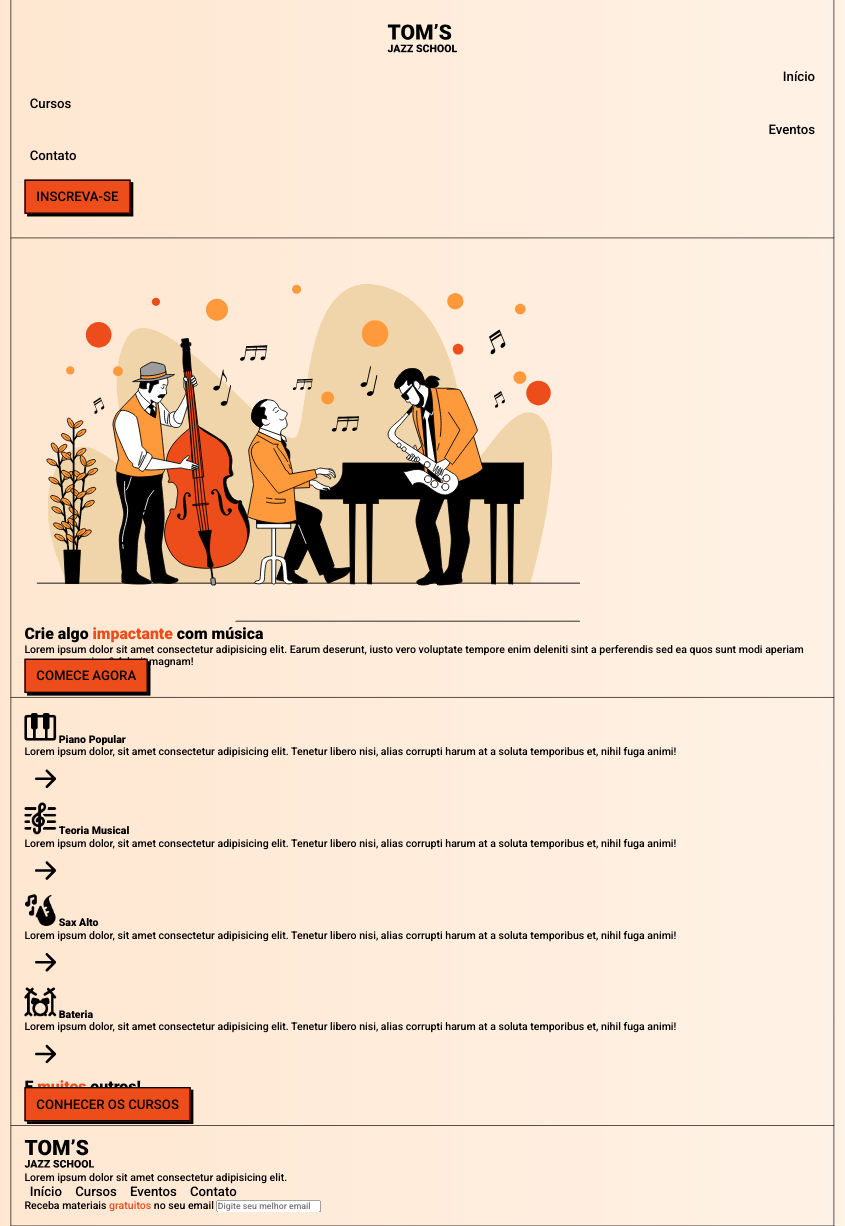
Repository: tenoriodasilva31/OBC-Music-School
Page: index.html
The author's editor kept a copy of each file at every save. The page is drawn from the files as they stood at one save, then again after the next save.
The browser window is 1280 px wide. The pictures show the whole page, at 66% of full size.

Above is the page before, as saved 2023-07-05 17:23:19.

### index.html
<!DOCTYPE html>
<html lang="pt-BR">
<head>
    <meta charset="UTF-8">
    <meta name="viewport" content="width=device-width, initial-scale=1.0">
    <title>Tom's Jazz School</title>

    <link rel="preconnect" href="https://fonts.googleapis.com">
    <link rel="preconnect" href="https://fonts.gstatic.com" crossorigin>

    <link rel="stylesheet" href="index.css">

    <link href="https://fonts.googleapis.com/css2?family=Roboto:wght@500;900&display=swap" rel="stylesheet">
</head>
<body>
    <header>
        <img src="./img/logo.svg" alt="Tom's School">
        <nav class="mt-1 nx-auto">
            <a href="#">Início</a>
            <a href="#">Cursos</a>
            <a href="#">Eventos</a>
            <a href="#">Contato</a>
        </nav>
        <button href="#" class="button mt-1 mb-1 nx-auto">Inscreva-se</button>
    </header>
    <main>
        <section class="hero-section">
            <img src="/img/hero-img.svg" alt="Banda de jazz se apresentando">
            <div>
                <h1>Crie algo <span class="text-primary">impactante</span> com música</h1>
                <p>Lorem ipsum dolor sit amet consectetur adipisicing elit. Earum deserunt, iusto vero voluptate tempore enim deleniti sint a perferendis sed ea quos sunt modi aperiam numquam veniam? Ad, sit magnam!</p>
                <a href="#" class="button mt-1 mb-1 nx-auto">Comece agora</a>
            </div>
        </section>
        <section class="courses-section">
            <div class="cards">
            <article>

                <img src="/img/piano.png" alt="icone de teclas de piano">
                <strong>Piano Popular</strong>
                <p>Lorem ipsum dolor, sit amet consectetur adipisicing elit. Tenetur libero nisi, alias corrupti harum at a soluta temporibus et, nihil fuga animi!</p>
                <a href="#">
                    <img src="/img/arrow-right.svg" alt="Ir para página do curso">
                </a>
            </article>
            <article>
                <img src="/img/clef.png" alt="icone clave">
                <strong>Teoria Musical</strong>
                <p>Lorem ipsum dolor, sit amet consectetur adipisicing elit. Tenetur libero nisi, alias corrupti harum at a soluta temporibus et, nihil fuga animi!</p>
                <a href="#">
                    <img src="/img/arrow-right.svg" alt="Ir para página do curso">
                </a>
            </article>
            <article>
                <img src="/img/sax.png" alt="icone de teclas de piano">
                <strong>Sax Alto</strong>
                <p>Lorem ipsum dolor, sit amet consectetur adipisicing elit. Tenetur libero nisi, alias corrupti harum at a soluta temporibus et, nihil fuga animi!</p>
                <a href="#">
                    <img src="/img/arrow-right.svg" alt="Ir para página do curso">
                </a>
            </article>
            <article>
                <img src="/img/drums.png" alt="icone de teclas de piano">
                <strong>Bateria</strong>
                <p>Lorem ipsum dolor, sit amet consectetur adipisicing elit. Tenetur libero nisi, alias corrupti harum at a soluta temporibus et, nihil fuga animi!</p>
                <a href="#">
                    <img src="/img/arrow-right.svg" alt="Ir para página do curso">
                </a>
            </article>
            </div>
            <h2>E <span class="text-primary">muitos</span> outros!</h2>
            <a href="#" class="button">Conhecer os cursos</a>
        </section>
    </main>

    <footer>
        <div>
            <img src="/img/logo.svg" alt="Tom's School">
            <p>Lorem ipsum dolor sit amet consectetur adipisicing elit. </p>
        </div>
        <nav>
            <a href="#">Início</a>
            <a href="#">Cursos</a>
            <a href="#">Eventos</a>
            <a href="#">Contato</a>
        </nav>
        <form>
            <label for="email">Receba materiais <span class="text-primary">gratuitos</span> no seu email</label>
            <input type="text" name="email" id="email" placeholder="Digite seu melhor email">
        </form>
    </footer>
</body>
</html>

### index.css
* {
    box-sizing: border-box;
    font-family: 'Roboto', sans-serif;
    margin: 0;
    padding: 0;
}

:root {
    --color-primary: #ED4D1B;
    --color-secondary: #FF9a3c;
    --color-black: #000;
    --color-white: #FFF;
}

body {
    background: linear-gradient(90deg, #ffe7d1 0%, #FFF2e6 100%);
    padding: 0 1rem;
}

header,.hero-section, .courses-section, footer {
    border-color: var(--color-black);
    border-style: solid;
    border-width: 0 1px 1px 1px;
    padding: 1.25rem;
}

header img {
    display: block;
    margin: 1rem auto;
}

header nav {
    display: grid;
    grid-template-columns: 1fr, 1fr;
}

nav a {
    color: var(--color-black);
    font-size: 1.25rem;
    padding: .5rem;
    text-decoration: none;
}

header nav a:nth-child(2n-1) {
    text-align: right;
}

.button {
    background-color: var(--color-primary);
    border: 2px solid var(--color-black);
    box-shadow: 4px 4px 0 var(--color-black);
    color: var(--color-black);
    display: black;
    font-size: 1.25rem;
    padding: .75rem 1rem;
    max-width: 14rem;
    text-align: center;
    text-decoration: none;
    text-transform: uppercase;
}

.mt-1 {
    margin-top: 1rem;
}

.mt-2 {
    margin-top: 2rem;
}

.mb-1 {
    margin-bottom: 1rem;
}

.mb-2 {
    margin-bottom: 2rem;
}

.mx-auto {
    margin-left: auto;
    margin-right: auto;
}

.text-primary {
    color: var(--color-primary);
}

.text-center {
    text-align: center;
}

After the next save:
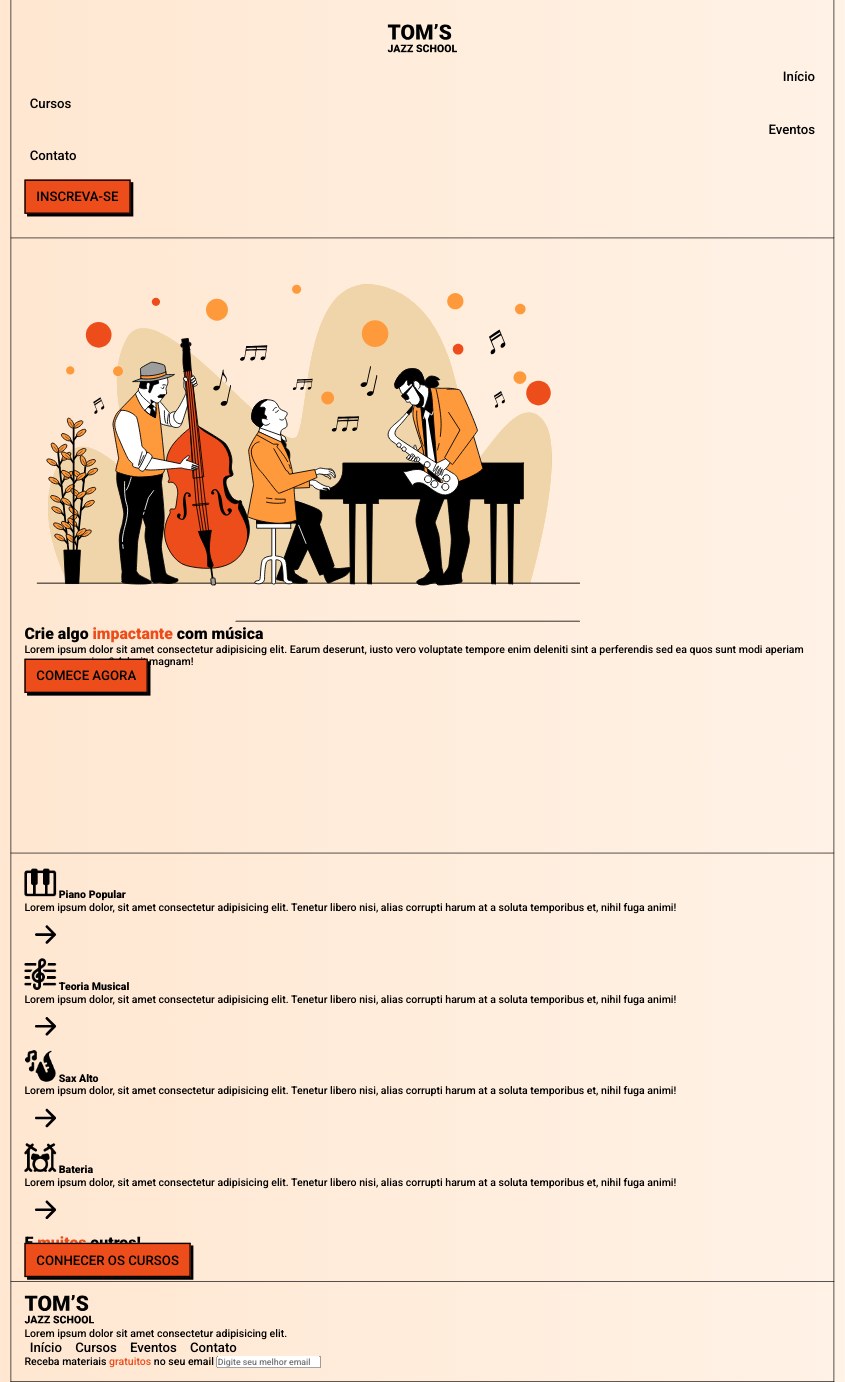
Saved 84 s later.
--- a/index.css
+++ b/index.css
@@ -59,6 +59,12 @@ header nav a:nth-child(2n-1) {
     text-transform: uppercase;
 }
 
+.hero-section {
+    padding-right: 0;
+    padding-bottom: 16rem;
+
+}
+
 .mt-1 {
     margin-top: 1rem;
 }
